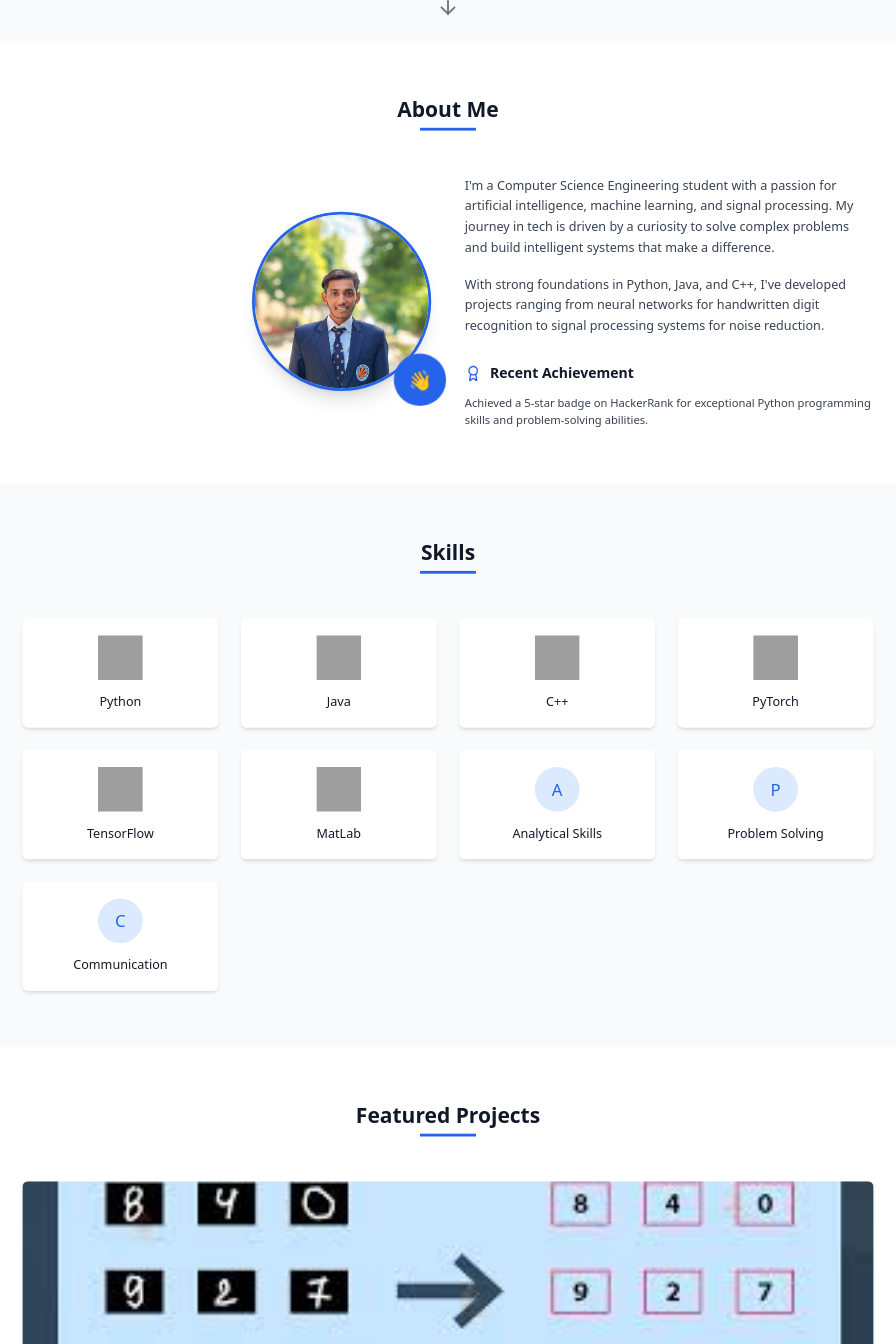
Repository: Mohan2347/updated-portfolio
Page: /
These files come from the project's save history. The page is drawn as it stood at one moment and after the next save; the edit follows.
The browser window is 1280 px wide. The pictures show the part of the page from y = 662 to 2582 px (the page is 5902 px tall before and 5797 px after), at 70% of full size.
Pictures or frames that could not be fetched are drawn as grey boxes. The project was rebuilt for these pictures with package versions that can differ from the ones it lists, and the page was loaded fresh each time. Also part of the build but not shown: vite.config.ts.

Above is the page before, as saved 2025-04-27 16:37:53.

After the next save:
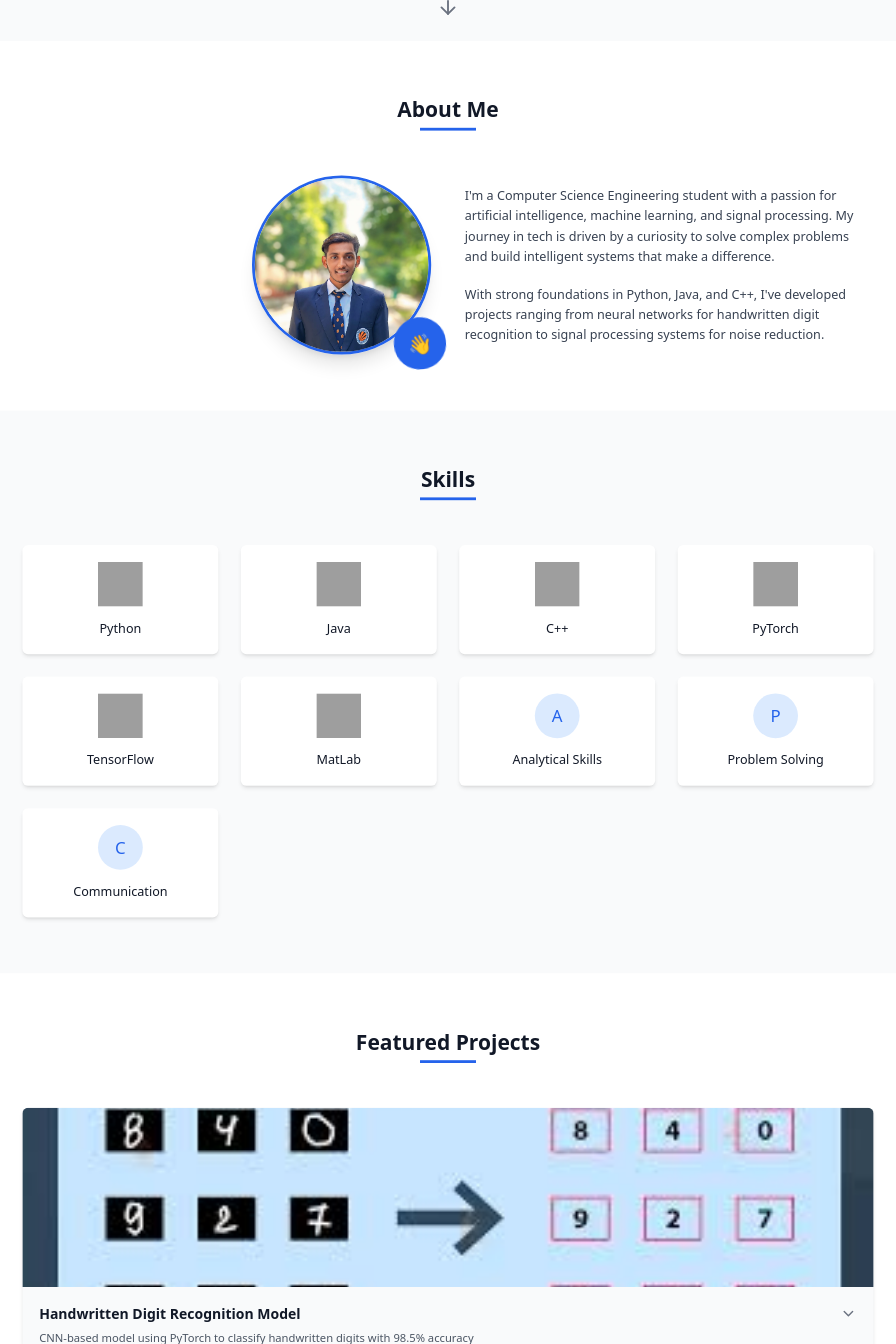
Saved 91 s later.
--- a/src/components/About.tsx
+++ b/src/components/About.tsx
@@ -63,7 +63,7 @@ const About: React.FC = () => {
               handwritten digit recognition to signal processing systems for noise reduction.
             </p>
 
-            <div className="pt-4">
+            {/* <div className="pt-4">
               <div className="flex items-center mb-4">
                 <Award size={24} className="text-blue-600 mr-3" />
                 <h3 className="text-xl font-semibold text-gray-900 dark:text-white transition-colors duration-300">
@@ -73,7 +73,7 @@ const About: React.FC = () => {
               <p className="text-gray-700 dark:text-gray-300 transition-colors duration-300">
                 Achieved a 5-star badge on HackerRank for exceptional Python programming skills and problem-solving abilities.
               </p>
-            </div>
+            </div> */}
           </motion.div>
         </div>
       </div>
